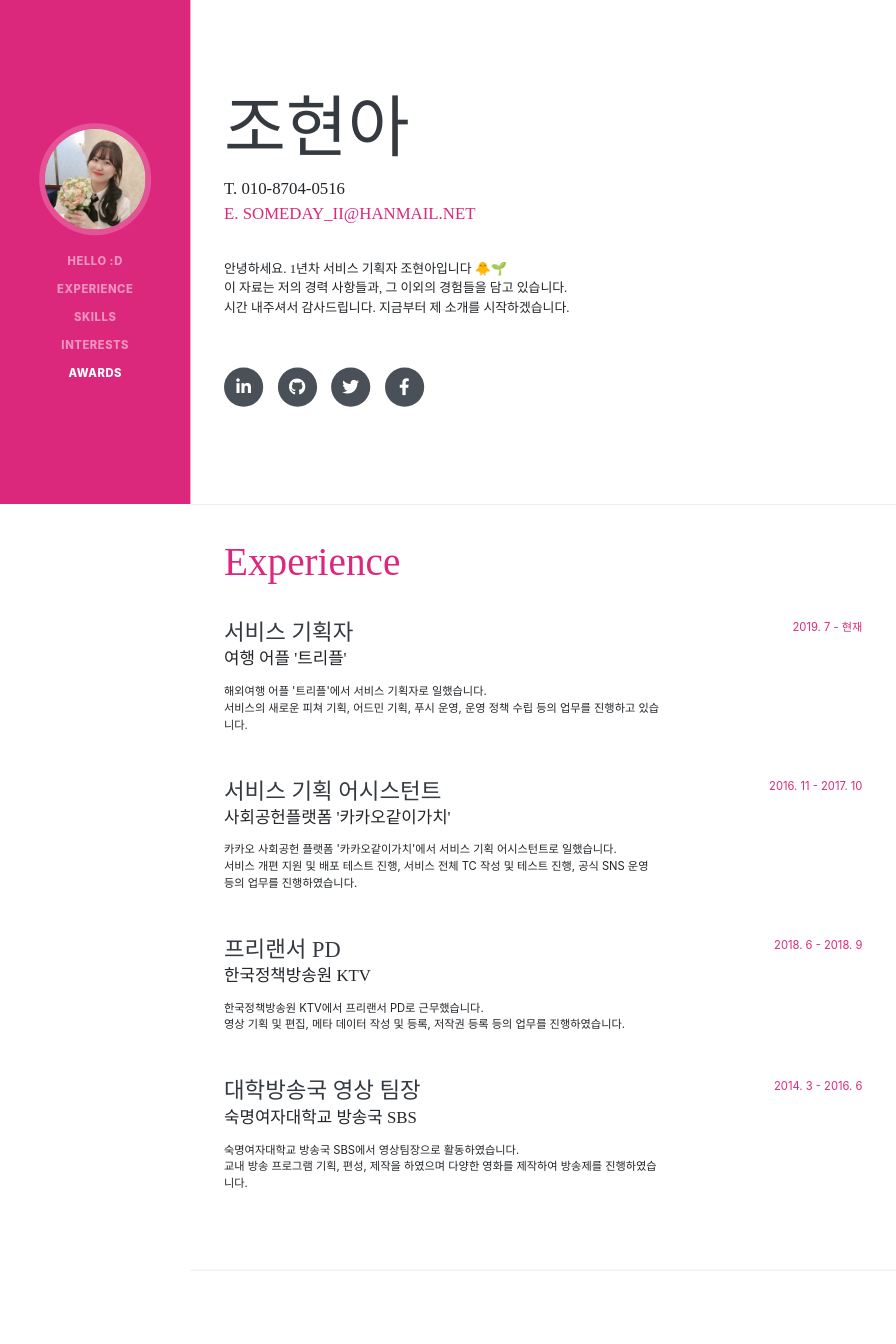
Repository: hyunah-aha/hyunah-aha
Page: Resume/index.html
The author's editor kept a record of every edit. The page is drawn from the files as they stood at one moment, then again after the next edit.
The browser window is 1280 px wide. The pictures show the part of the page from y = 0 to 1920 px (the page is 4823 px tall), at 70% of full size.
A picture or video elsewhere on the page could not be fetched, so the positions and the page height are approximate. Some web fonts or font styles are not loaded; a fallback is used.

Above is the page before.

After the next edit:
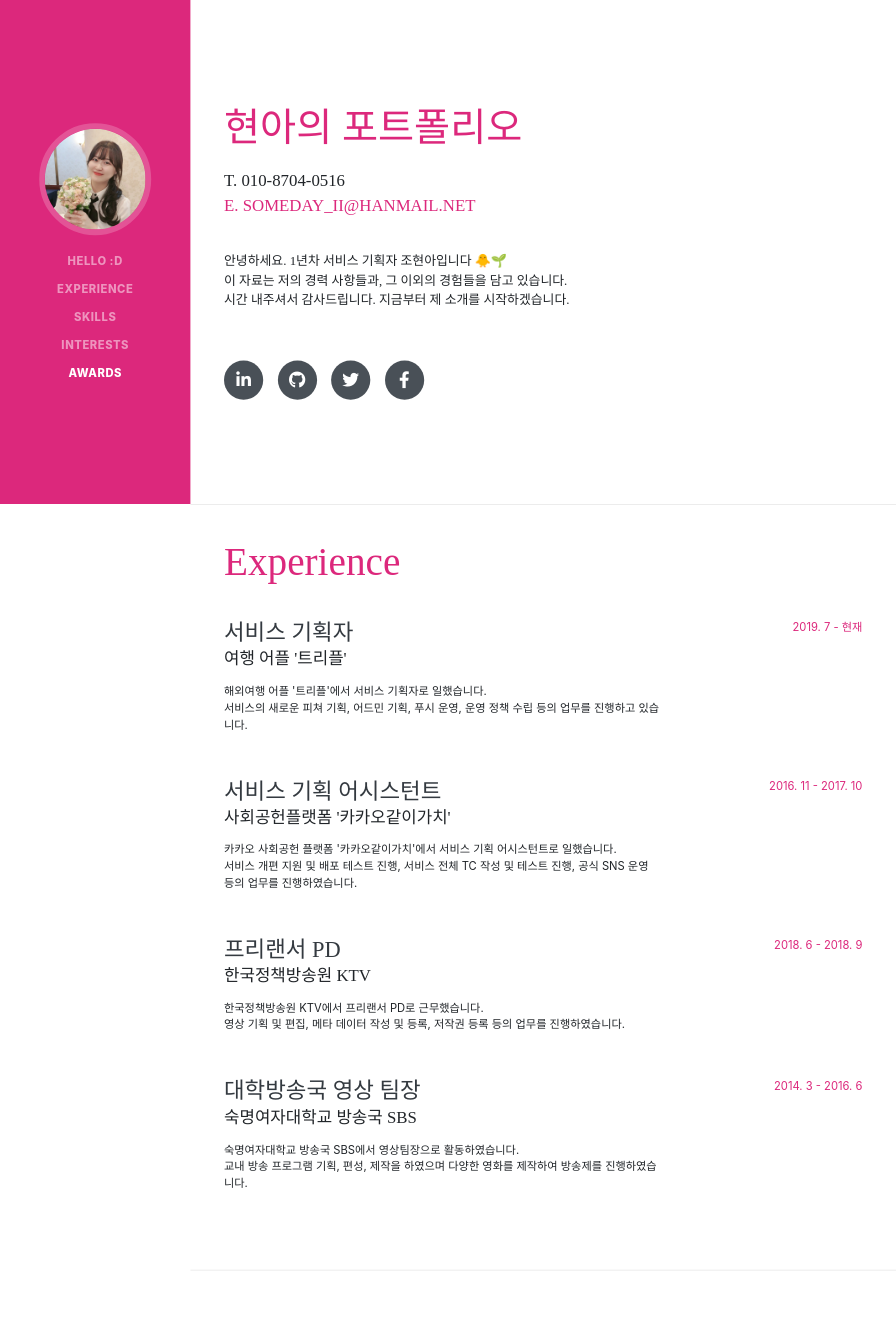
The edit:
--- a/Resume/index.html
+++ b/Resume/index.html
@@ -63,8 +63,8 @@
 
     <section class="resume-section p-3 p-lg-5 d-flex align-items-center" id="about">
       <div class="w-100">
-        <h1 class="mb-0">조현아
-        </h1>
+        <h2 class="mb-0">현아의 포트폴리오
+        </h2>
         <br>
         <div class="subheading mb-5">T. 010-8704-0516<br>
           <a href="mailto:someday_ii@hanmail.net">E. someday_ii@hanmail.net</a>
